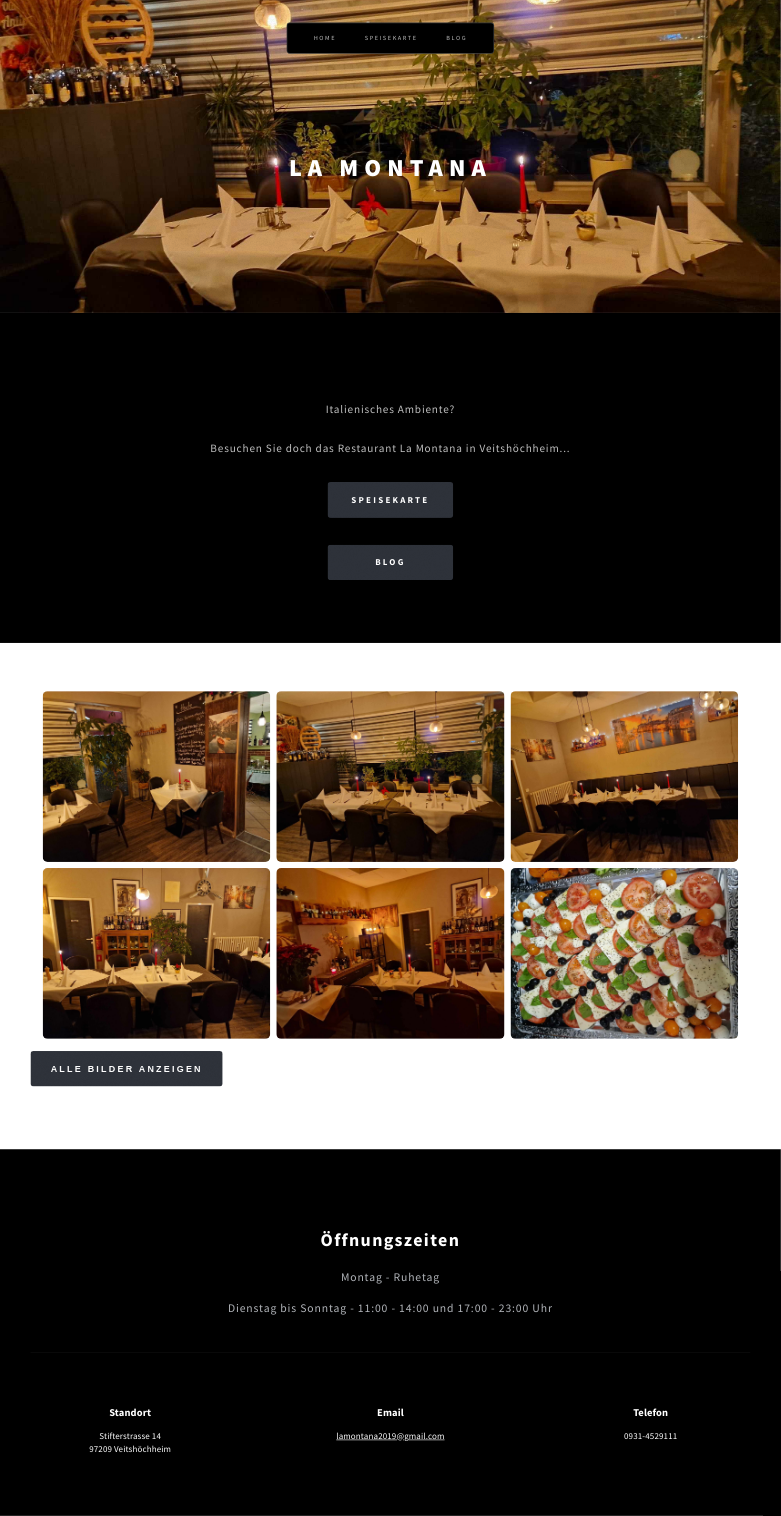
Repository: restaurantlamontana/restaurantlamontana.github.io
Page: index.html
An editor plug-in stored every save of this project. The page is shown before and after the next save, followed by the edit.
The browser window is 1280 px wide. The pictures show the whole page, at 61% of full size.

Above is the page before, as saved 2024-07-15 12:27:02.

After the next save:
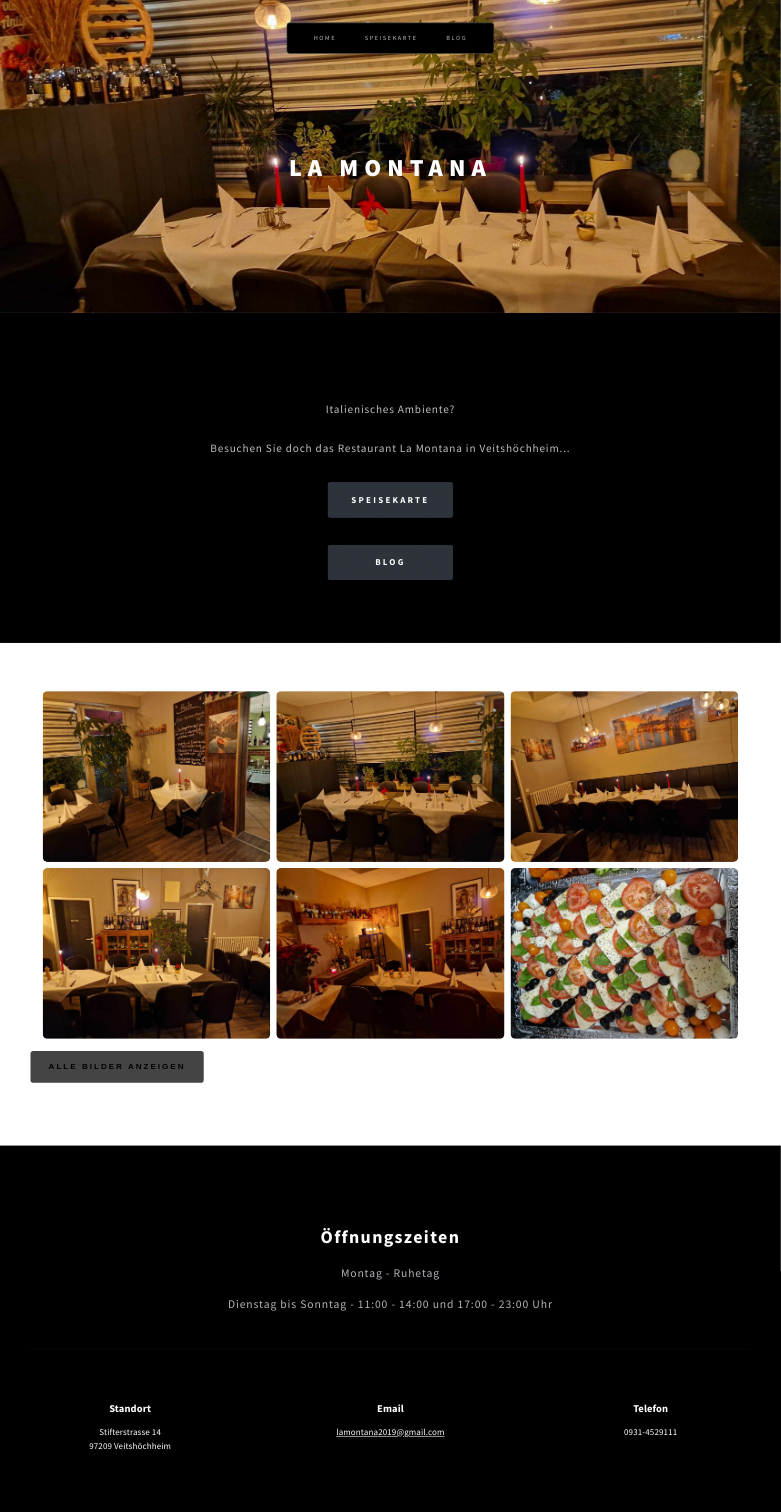
Saved 23 s later.
--- a/index.html
+++ b/index.html
@@ -82,9 +82,7 @@
             <img src="images/IMG_3197.JPG" />
             <img src="images/IMG_3198.JPG" />
           </div>
-          <button id="show-more-btn" class="button style3 large">
-            Alle Bilder anzeigen
-          </button>
+          <button id="show-more-btn">Alle Bilder anzeigen</button>
         </div>
       </section>
 
